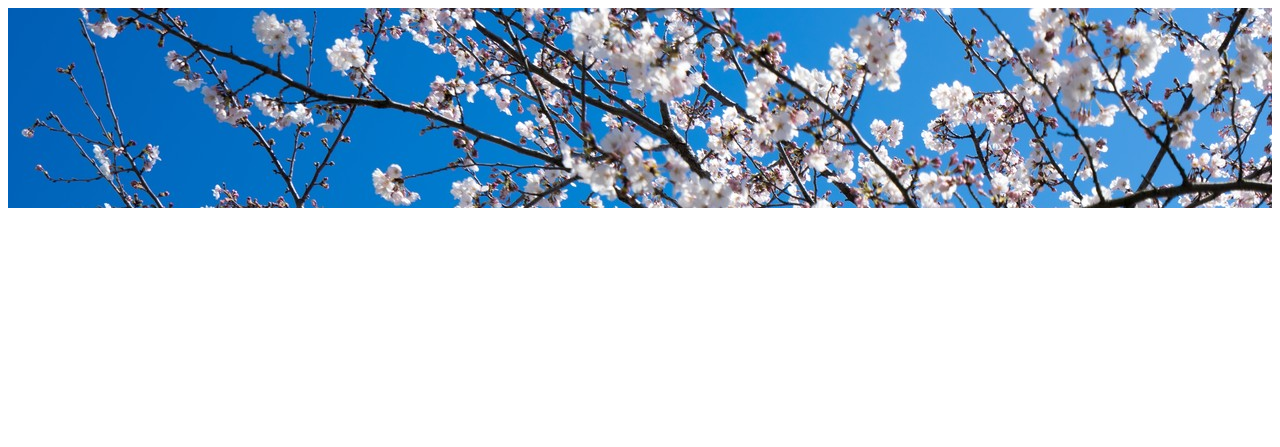
Repository: momopomi/htmlcss
Page: exercise/1-6.html
The author's editor kept a record of every edit. The page is drawn from the files as they stood at one moment, then again after the next edit.
The browser window is 1280 px wide. The pictures show the whole page.

Above is the page before.

### exercise/1-6.html
<!DOCTYPE html>
<html lang="ja">
  <head>
    <meta charset="UTF-8" />
    <!-- CSSファイルの読み込み -->
    <link rel="stylesheet" href="1-6.css" />
    <title>1-6</title>
  </head>

  <body>
    <!-- main用のdiv -->
    <div class="main1"></div>
    <div class="main2"></div>
    <div class="main3"></div>
    <div class="main4"></div>

  </body>
</html>

### exercise/1-6.css
.main1{
  width: 100%;
  height: 200px;
  background-image: url(img/box1.jpg);
}
.main2{
  background-image: url(img/box2.jpg);
}
.main3{
  background-image: url(img/box3.jpg);
}
.main4{
  background-image: url(img/box4.jpg);
}

After the next edit:
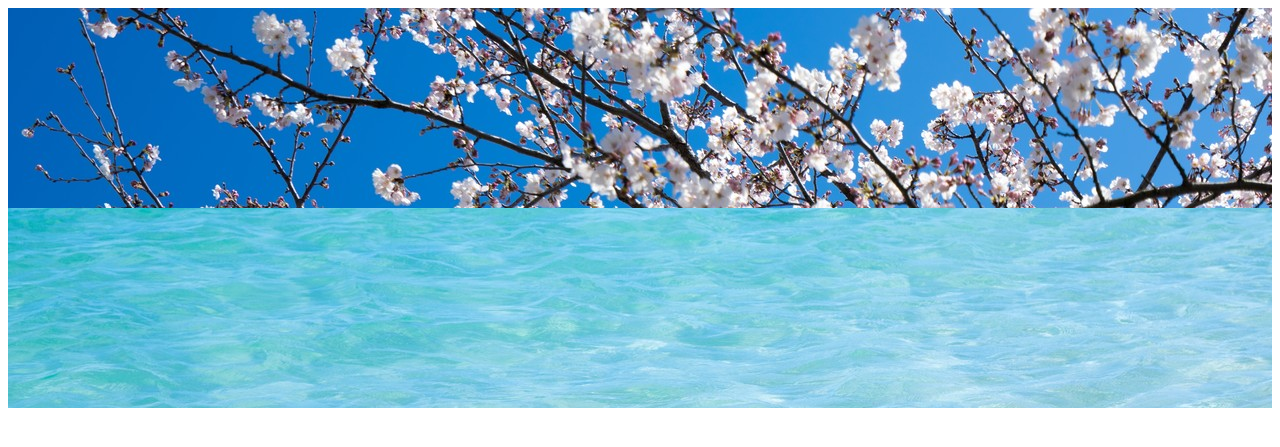
The edit:
--- a/exercise/1-6.css
+++ b/exercise/1-6.css
@@ -4,6 +4,8 @@
   background-image: url(img/box1.jpg);
 }
 .main2{
+  width: 100%;
+  height: 200px;
   background-image: url(img/box2.jpg);
 }
 .main3{
